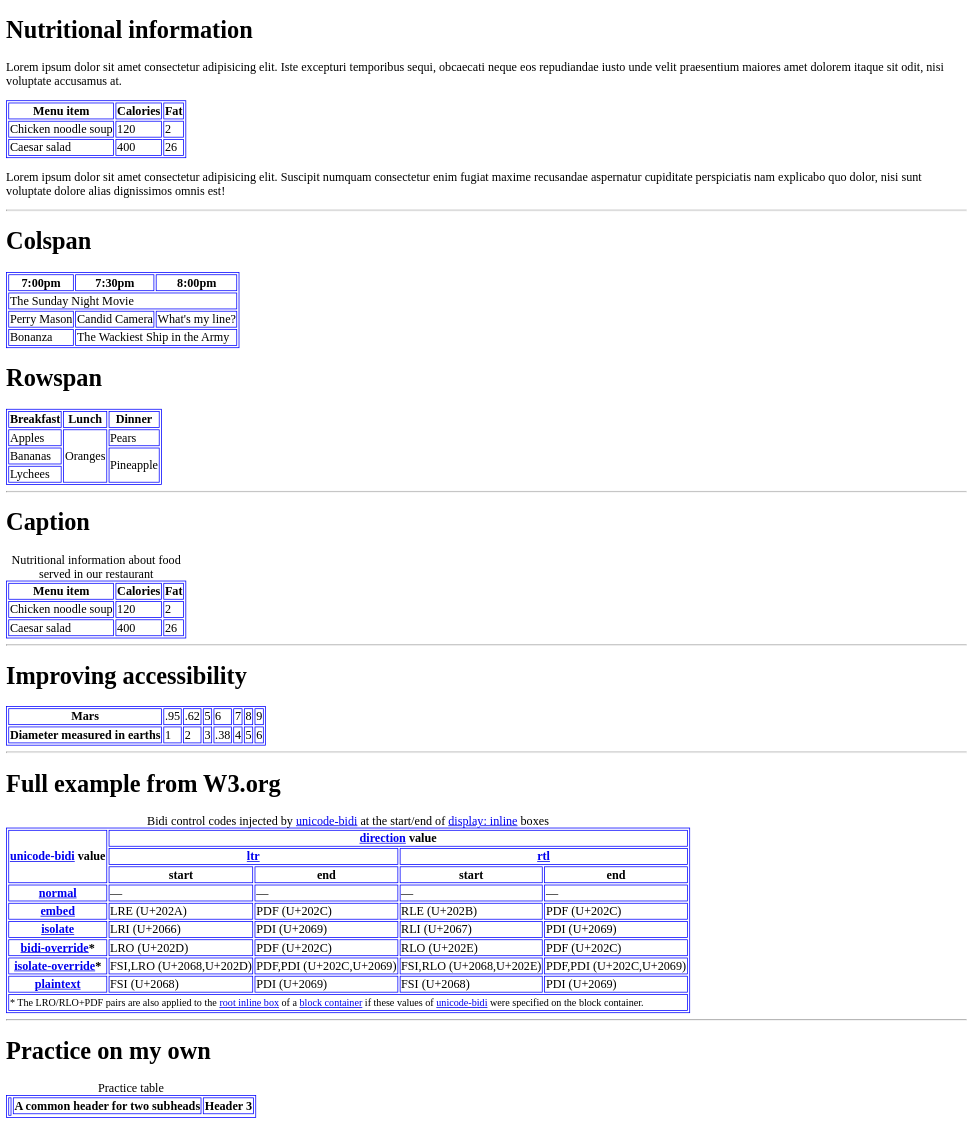
Repository: Colo-Codes/code-practice
Page: 01-html-practice-9.html
An editor plug-in stored every save of this project. The page is shown before and after the next save, followed by the edit.
The browser window is 1280 px wide. The pictures show the whole page, at 76% of full size.

Above is the page before, as saved 2021-04-29 10:30:01.

After the next save:
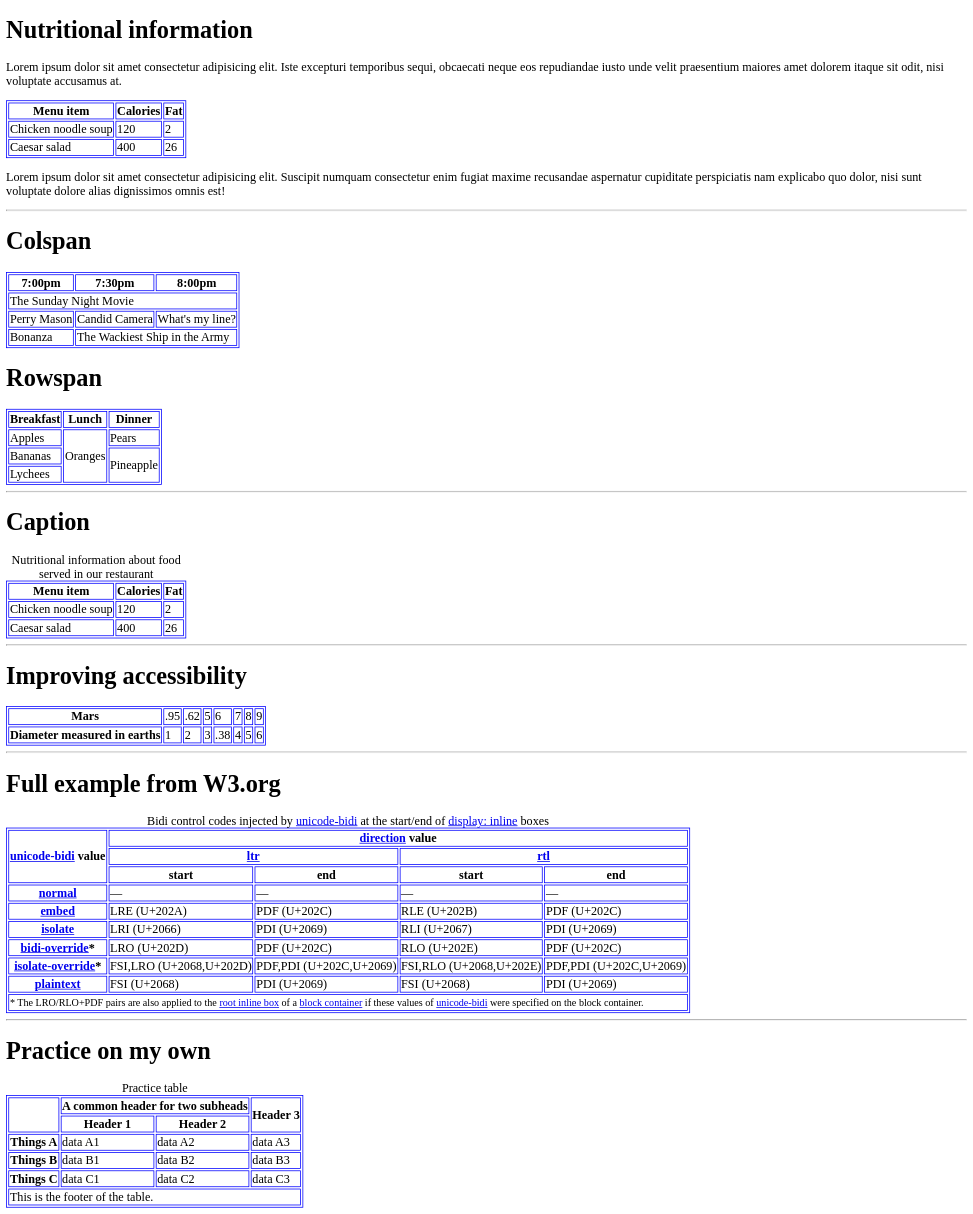
Saved 6 min 5 s later.
--- a/01-html-practice-9.html
+++ b/01-html-practice-9.html
@@ -269,19 +269,42 @@
     <h1>Practice on my own</h1>
     <table>
         <caption>Practice table</caption>
+        <colgroup></colgroup>
+        <colgroup span="2"></colgroup>
+        <colgroup></colgroup>
         <thead>
             <tr>
                 <th rowspan="2"></th>
-                <th colspan="2">A common header for two subheads</th>
-                <th>Header 3</th>
-            </tr>
-            <tr></tr>
-        </thead>
-        <tbody>
-
+                <th colspan="2" scope="colgroup">A common header for two subheads</th>
+                <th rowspan="2">Header 3</th>
+            </tr>
+            <tr>
+                <th>Header 1</th>
+                <th>Header 2</th>
+            </tr>
+        </thead>
+        <tbody>
+            <tr>
+                <th scope="row">Things A</th>
+                <td>data A1</td>
+                <td>data A2</td>
+                <td>data A3</td>
+            </tr>
+            <tr>
+                <th scope="row">Things B</th>
+                <td>data B1</td>
+                <td>data B2</td>
+                <td>data B3</td>
+            </tr>
+            <tr>
+                <th scope="row">Things C</th>
+                <td>data C1</td>
+                <td>data C2</td>
+                <td>data C3</td>
+            </tr>
         </tbody>
         <tfoot>
-
+            <td colspan="4">This is the footer of the table.</td>
         </tfoot>
     </table>
 </body>
